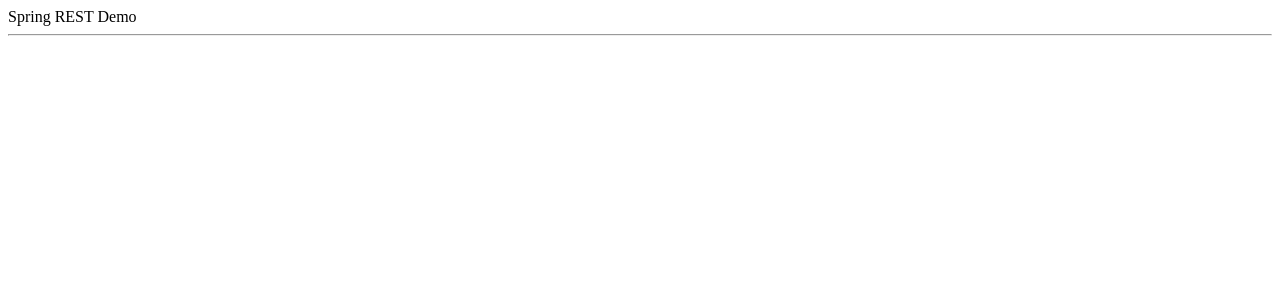
Repository: shinjuno123/spring-rest
Page: http://localhost/spring-rest-demo/
The author's editor kept a copy of each file at every save. The page is drawn from the files as they stood at one save, then again after the next save.
The browser window is 1280 px wide. The pictures show the whole page.
The page is served by Tomcat 9. Other server files are loaded and not shown.

Above is the page before, as saved 2023-01-12 16:23:19.

### spring-rest-demo/src/main/webapp/index.jsp
<html>
<body>
Spring REST Demo

<hr>
</body>
</html>

After the next save:
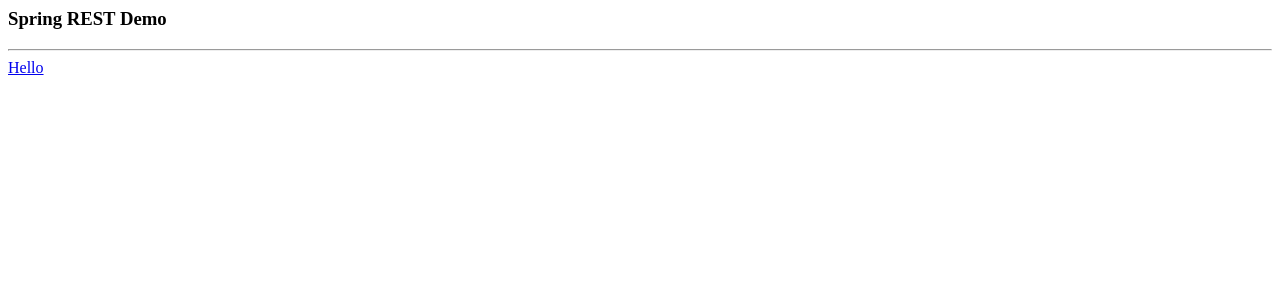
Saved 104 s later.
--- a/spring-rest-demo/src/main/webapp/index.jsp
+++ b/spring-rest-demo/src/main/webapp/index.jsp
@@ -1,7 +1,10 @@
 <html>
 <body>
-Spring REST Demo
+<h3>Spring REST Demo</h3>
 
 <hr>
+
+<a href="test/hello">Hello</a>
+
 </body>
 </html>
